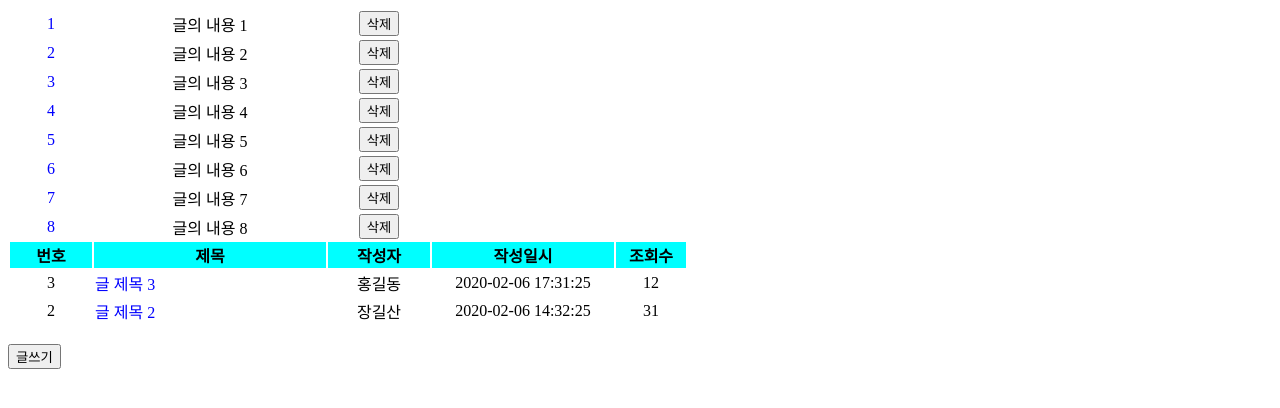
Repository: kdh2212/KDT_code
Page: http://localhost/20250807Web/boardList.jsp
An editor plug-in stored every save of this project. The page is shown before and after the next save, followed by the edit.
The browser window is 1280 px wide. The pictures show the whole page.
The page is served by Tomcat 9. The database holds what the project's SQL file puts in it.

Above is the page before, as saved 2025-08-07 06:19:39.

After the next save:
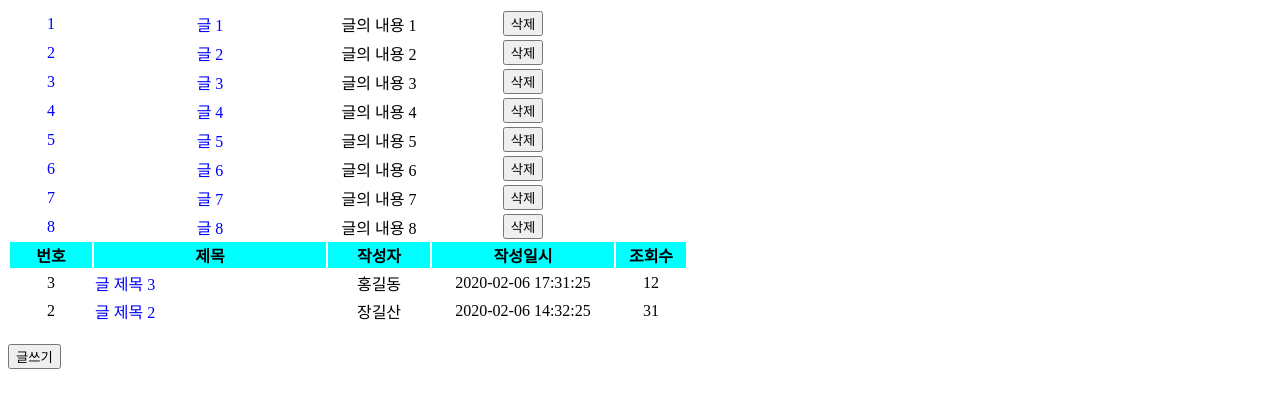
Saved 47 s later.
--- a/20250807Web/src/main/webapp/boardList.jsp
+++ b/20250807Web/src/main/webapp/boardList.jsp
@@ -40,6 +40,7 @@ try {
 <tr>
 
 		<td><a href="updForm.jsp?num=<%=num%>"><%=num %></a></td>
+		<td><a href="boardUpdate.jsp?title=<%=title %>"><%=title %></a></td>
     	<td><%=rs.getString("content") %></td>
     	<td><button type="button" onclick="location.href='delete.jsp?num=<%=num %>'">삭제</button></td>
 </tr>
